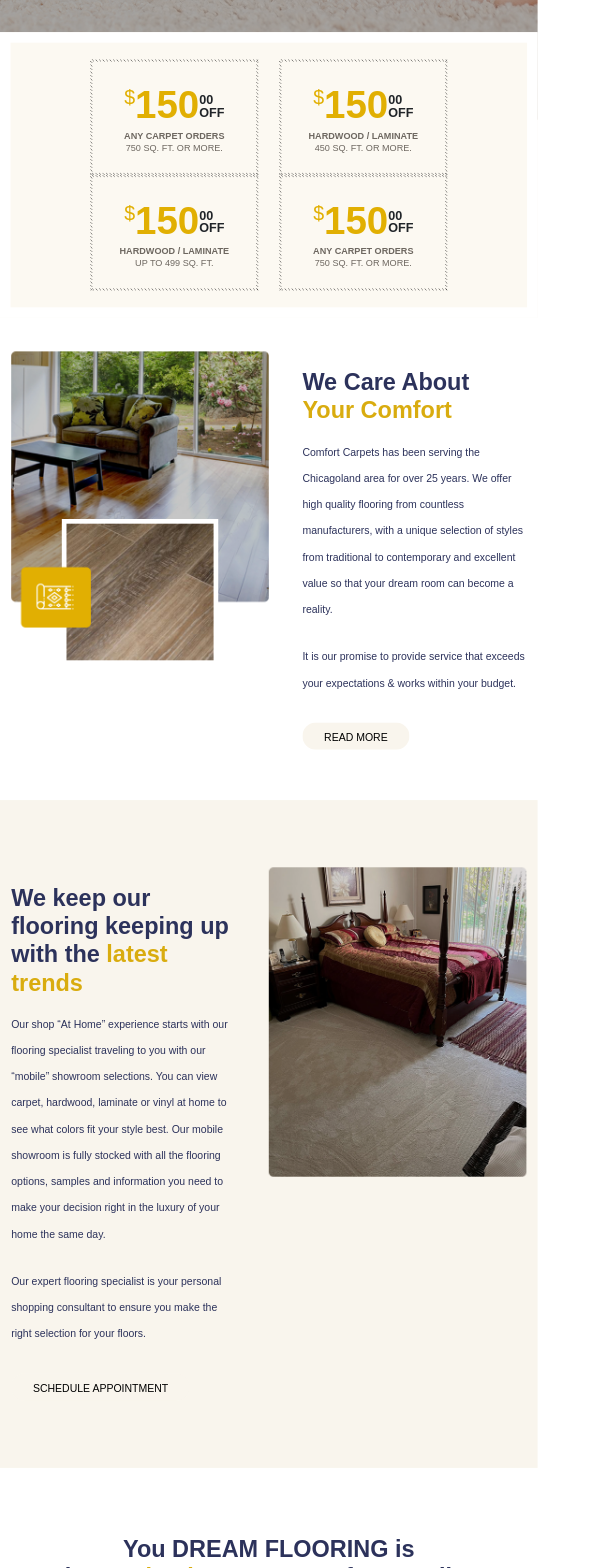
Repository: Ab-dur-Rehman/sscaseFolders
Page: index.html
An editor plug-in stored every save of this project. The page is shown before and after the next save, followed by the edit.
The browser window is 768 px wide. The page is 871 px wide, so the pictures cover 871 px, including what lies to the right of the window. The pictures show the part of the page from y = 580 to 2820 px (the page is 6066 px tall before and 6106 px after), at 70% of full size.
Some web fonts or font styles are not loaded; a fallback is used.

Above is the page before, as saved 2022-12-27 20:32:35.

After the next save:
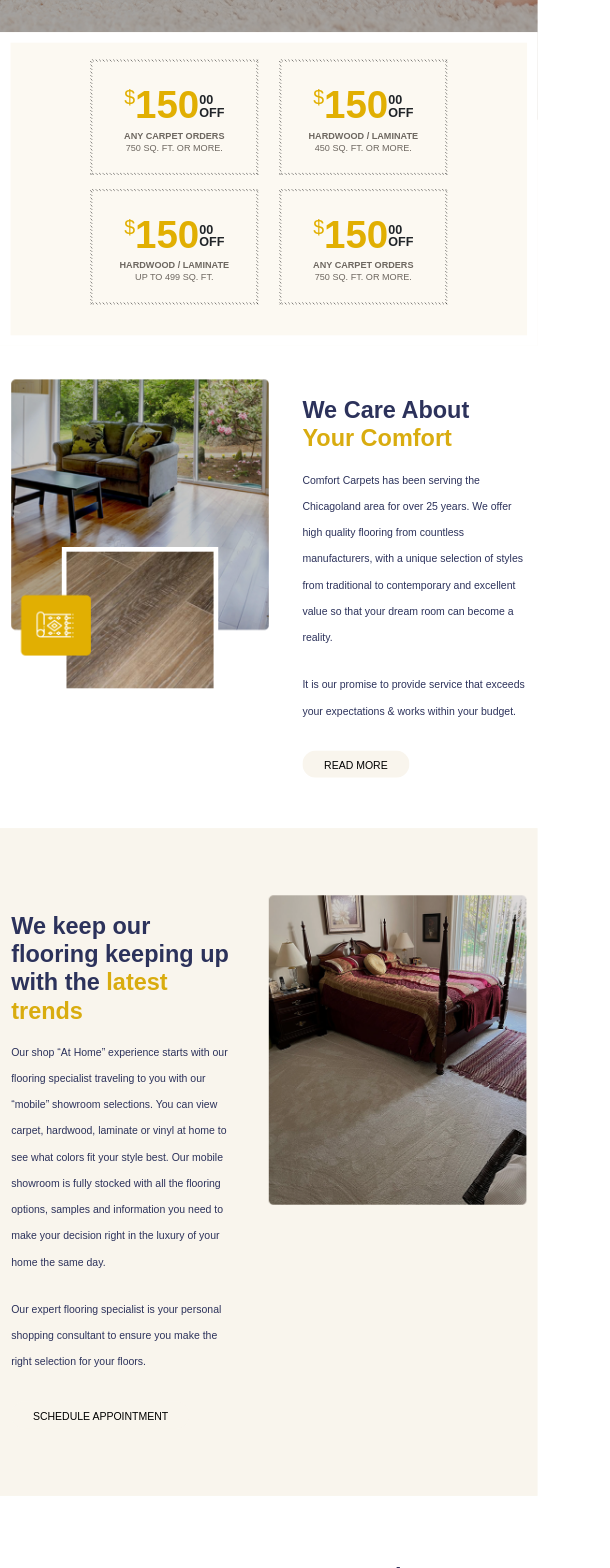
Saved 44 s later.
--- a/assets/css/style.css
+++ b/assets/css/style.css
@@ -426,6 +426,9 @@
     .navbar > div, .navbar-collapse {
         justify-content: center!important;
     }
+    .tab-wrapper {
+        margin-bottom: 20px;
+    }
 }
 
 @media only screen and (max-width: 1262px) and (min-width: 1024px) {
